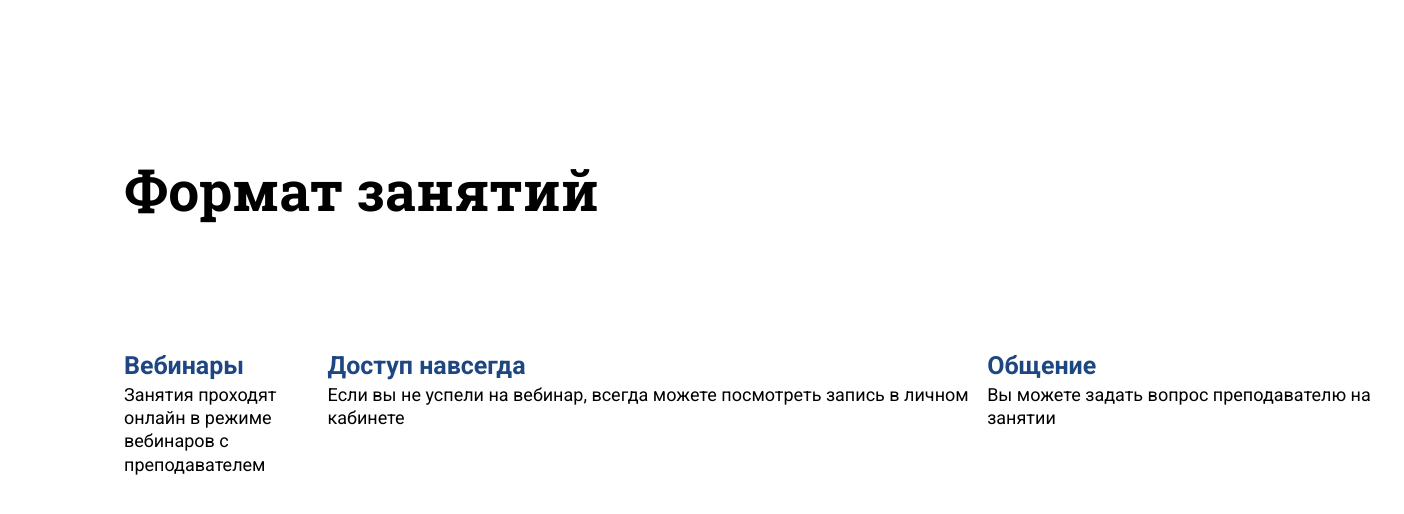
Repository: PoladEziz/Task2
Page: index.html
An editor plug-in stored every save of this project. The page is shown before and after a run of saves, followed by the edit.
The browser window is 1280 px wide. The page is 1404 px wide, so the pictures cover 1404 px, including what lies to the right of the window. The pictures show the whole page.

Above is the page before, as saved 2023-05-04 17:29:10.

After the next 2 saves:
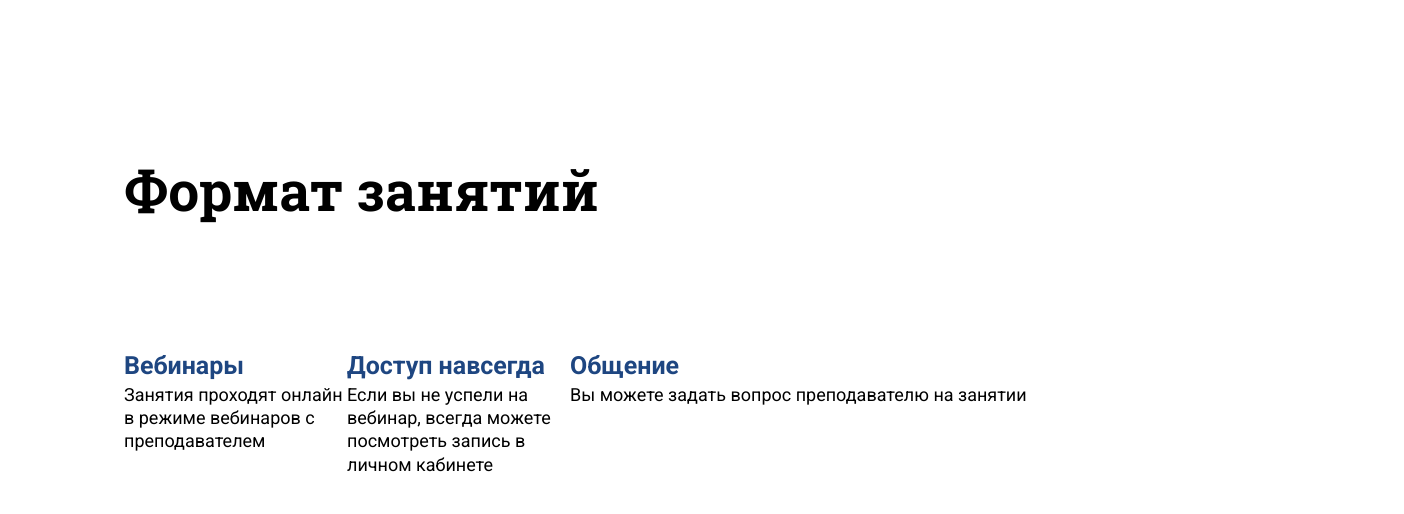
The 2 saves are shown as one change because they came seconds apart.
The last was saved 47 s later.
--- a/index.css
+++ b/index.css
@@ -35,6 +35,9 @@
 li:nth-child(1) {
 width: 223px;
 }
+li:nth-child(2) {
+    width: 223px;
+    }
 .page-1 ul li h2 {
     font-family: 'Roboto';
     font-style: normal;
